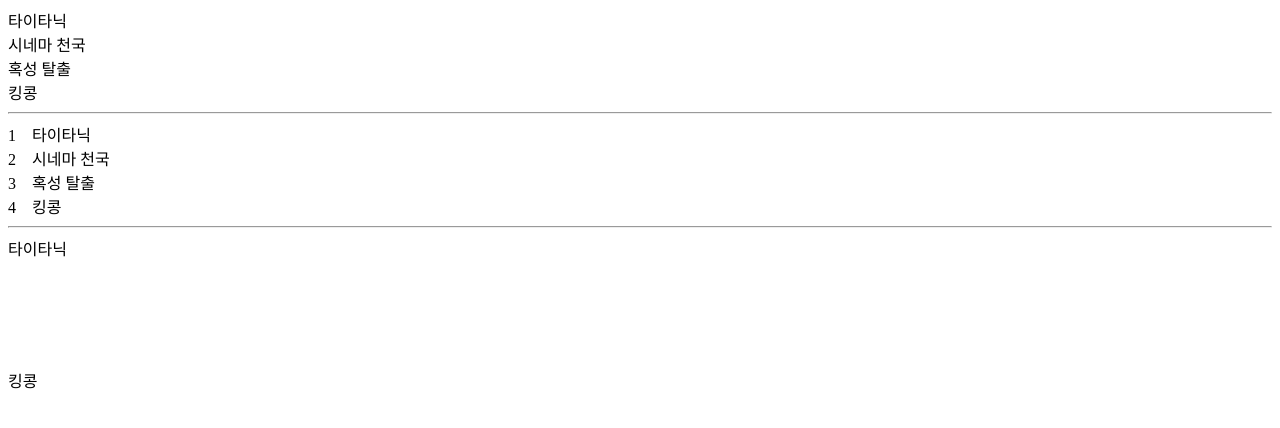
Repository: sinaboro/JSP201310
Page: http://localhost/web-study-07/14_moviesList.jsp
An editor plug-in stored every save of this project. The page is shown before and after the next save, followed by the edit.
The browser window is 1280 px wide. The pictures show the whole page.
The page is served by Tomcat 9.

Above is the page before, as saved 2023-10-12 03:19:30.

### web-study-07/src/main/webapp/14_moviesList.jsp
<%@ page language="java" contentType="text/html; charset=UTF-8"
    pageEncoding="UTF-8"%>
<%@ taglib uri="http://java.sun.com/jsp/jstl/core" prefix="c" %>
<!DOCTYPE html>
<html>
<head>
<meta charset="UTF-8">
<title>Insert title here</title>
</head>
<body>
<%
	String[] movieList = {"타이타닉", "시네마 천국", "혹성 탈출", "킹콩"};
	request.setAttribute("movieList", movieList);
%>

<c:forEach var="movie" items="${movieList}">
	${movie} <br>
</c:forEach>
<hr>

<c:forEach var="movie" items="${movieList}" varStatus="status">
	<%-- ${status.index} &nbsp;&nbsp; --%>
	${status.count} &nbsp;&nbsp;
	${movie} <br>
</c:forEach>
<hr>

<c:forEach var="movie" items="${movieList}" varStatus="status">
	<c:if test="${status.first}">
		${movie}
	</c:if> <br>
	<c:if test="${status.last}">
		${movie}
	</c:if> <br>

</c:forEach>

</body>
</html>

After the next save:
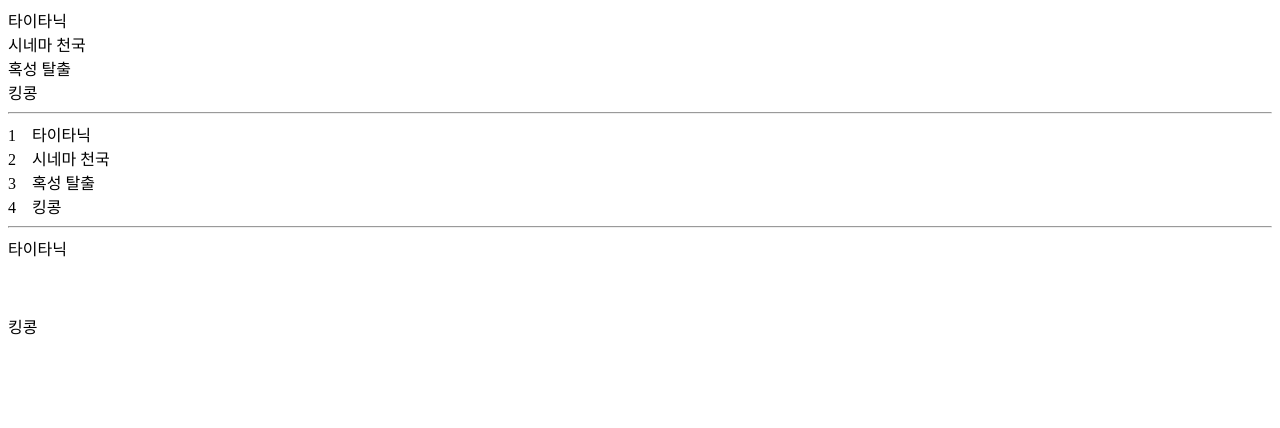
Saved 19 s later.
--- a/web-study-07/src/main/webapp/14_moviesList.jsp
+++ b/web-study-07/src/main/webapp/14_moviesList.jsp
@@ -27,8 +27,8 @@
 
 <c:forEach var="movie" items="${movieList}" varStatus="status">
 	<c:if test="${status.first}">
-		${movie}
-	</c:if> <br>
+		${movie} <br>
+	</c:if>
 	<c:if test="${status.last}">
 		${movie}
 	</c:if> <br>
